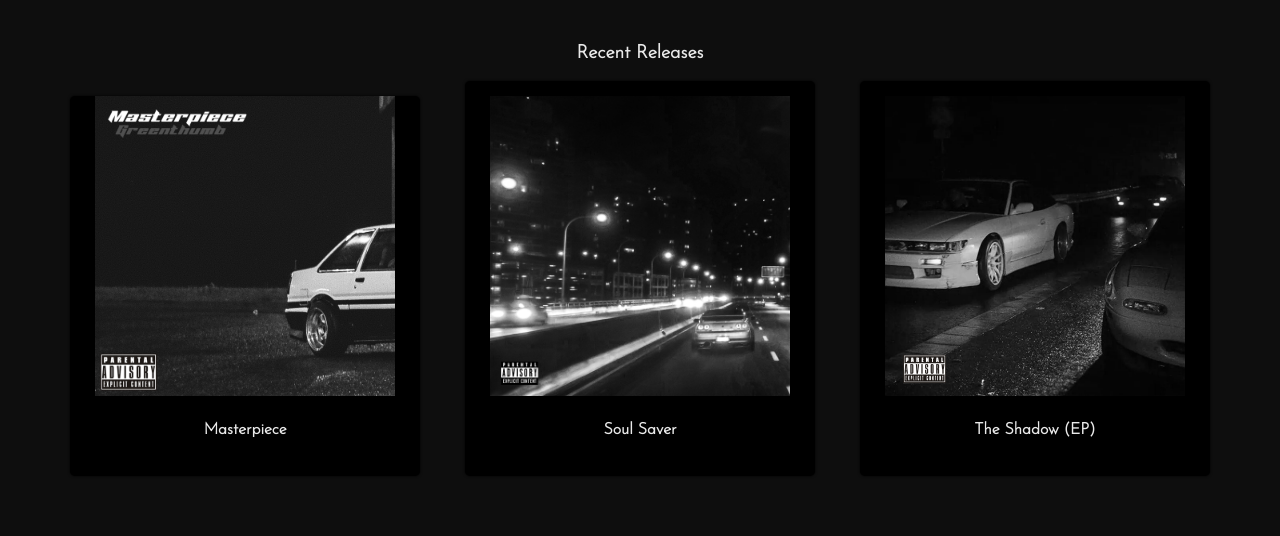
Repository: shayanabedi98/Greenthumb
Page: index.html
The author's editor kept a copy of each file at every save. The page is drawn from the files as they stood at one save, then again after the next save.
The browser window is 1280 px wide. The pictures show the part of the page from y = 734 to 1276 px (the page is 1270 px tall before and 1276 px after).
The pointer rests on the first visible `.card`.

Above is the page before, as saved 2023-08-15 13:59:03.

### index.html
<!DOCTYPE html>
<html lang="en">
<head>
    <meta charset="UTF-8">
    <meta name="viewport" content="width=device-width, initial-scale=1.0">
    <title>Greenthumb Home</title>
    <link rel="stylesheet" href="styles.css">
    <link rel="preconnect" href="https://fonts.googleapis.com">
    <link rel="preconnect" href="https://fonts.gstatic.com" crossorigin>
    <link href="https://fonts.googleapis.com/css2?family=Josefin+Sans:wght@300&display=swap" rel="stylesheet">
</head>
<body>
    <div class="header">
        <header>
            <nav>
                <img src="resources/logo.png" alt="Greenthumb Logo">
                <a href="">Home</a>
                <a href="">About</a>
                <a href="">Contact</a>
            </nav>
        </header>
    </div>
    <div class="banner">
        <video autoplay playsinline muted loop src="resources/Japanese Street Drifting ! Tokyo Auto Salon 2019 Afterparty !.mp4"></video>
        <div class="banner-content">
            <h1>Rapper/Producer</h1>
            <h2>From the depths of his creative abyss, he conjures grimey beats that pulse like the heartbeat of a shadowy cosmos, inviting listeners to explore the raw and unfiltered underbelly of Hip Hop.</h2>
        </div>
    </div>
    <div class="container">
        <h3>Recent Releases</h3>
        <div class="card">
            <img src="/resources/master.jpg" alt="cover of song, Masterpiece">
            <h4>Masterpiece</h4>
        </div>
        <div class="card">
            <img src="resources/soul.png" alt="cover of song, Soul Saver">
            <h4>Soul Saver</h4>
        </div>
        <div class="card">
            <img src="resources/theshadow.png" alt="cover of EP, The Shadow">
            <h4>The Shadow (EP)</h4>
        </div>
    </div>
    <div class="listen">

    </div>
</body>
</html>

### styles.css
body {
    margin: 0;
    padding: 0;
    background-color: black;
    color: rgb(233, 233, 233);
    font-family: 'Josefin Sans', sans-serif;
}

nav a {
    text-decoration: none;
}

nav a:visited {
    text-decoration: none;
    color: rgb(233, 233, 233);
}

.banner {
    text-align: center;
    width: 100%;
    height: 600px;
}

.banner video {
    object-fit: cover;
    object-position: 50% 100%;
    height: 600px;
    width: 100%;
    opacity: 80%;
}

.banner-content {
    transform: translateY(-410px);
    width: 70%;
    margin: auto;
}

.banner-content h1 {
    font-size: 46px;
    opacity: 90%;
}

.banner-content h2 {
    font-size: 30px;
    opacity: 90%;
}

.container {
    text-align: center;
    background-color: rgb(14, 14, 14);
    padding: 25px 0 60px 0;
}

.card {
    text-align: center;
    display: inline-block;
    background-color: black;
    border-radius: 5px;
    width: 350px;
    padding-top: 15px;
    height: 380px;
    margin: 0 20px;
    box-shadow: 0 0 3px 0 black;
}

.card img {
    height: 300px;
    width: 300px;
}

.card:hover {
    padding: 0;
    transition: ease-in-out 0.3s;
}

.card:not(:hover) {
    transition: ease-in-out 0.3s;
}

After the next save:
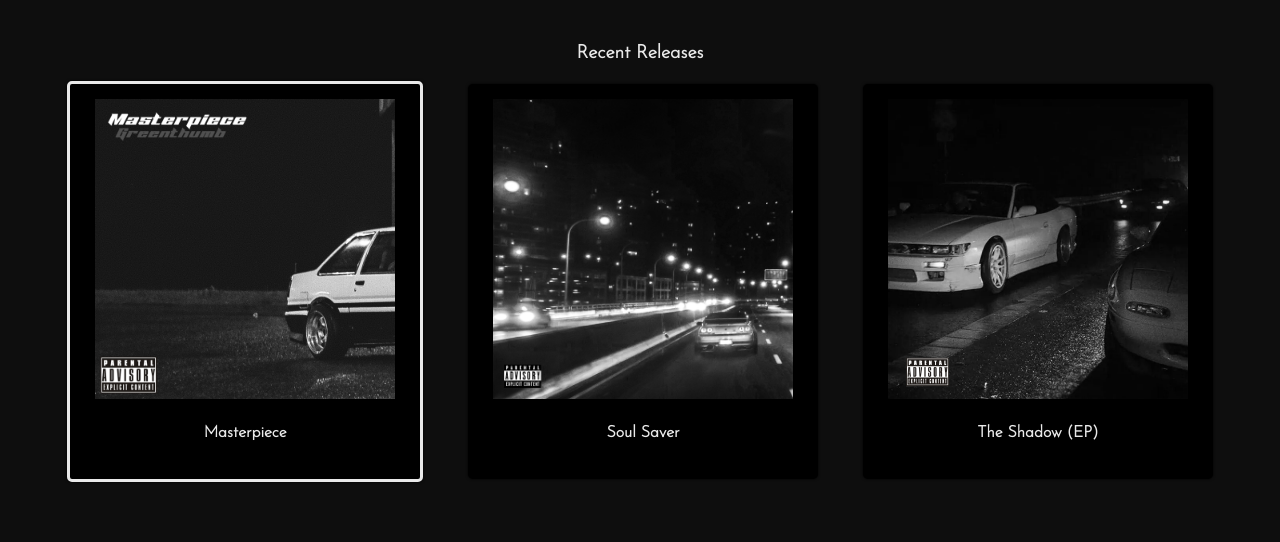
Saved 14 s later.
--- a/styles.css
+++ b/styles.css
@@ -69,7 +69,7 @@
 }
 
 .card:hover {
-    padding: 0;
+    border: 3px solid;
     transition: ease-in-out 0.3s;
 }
 
